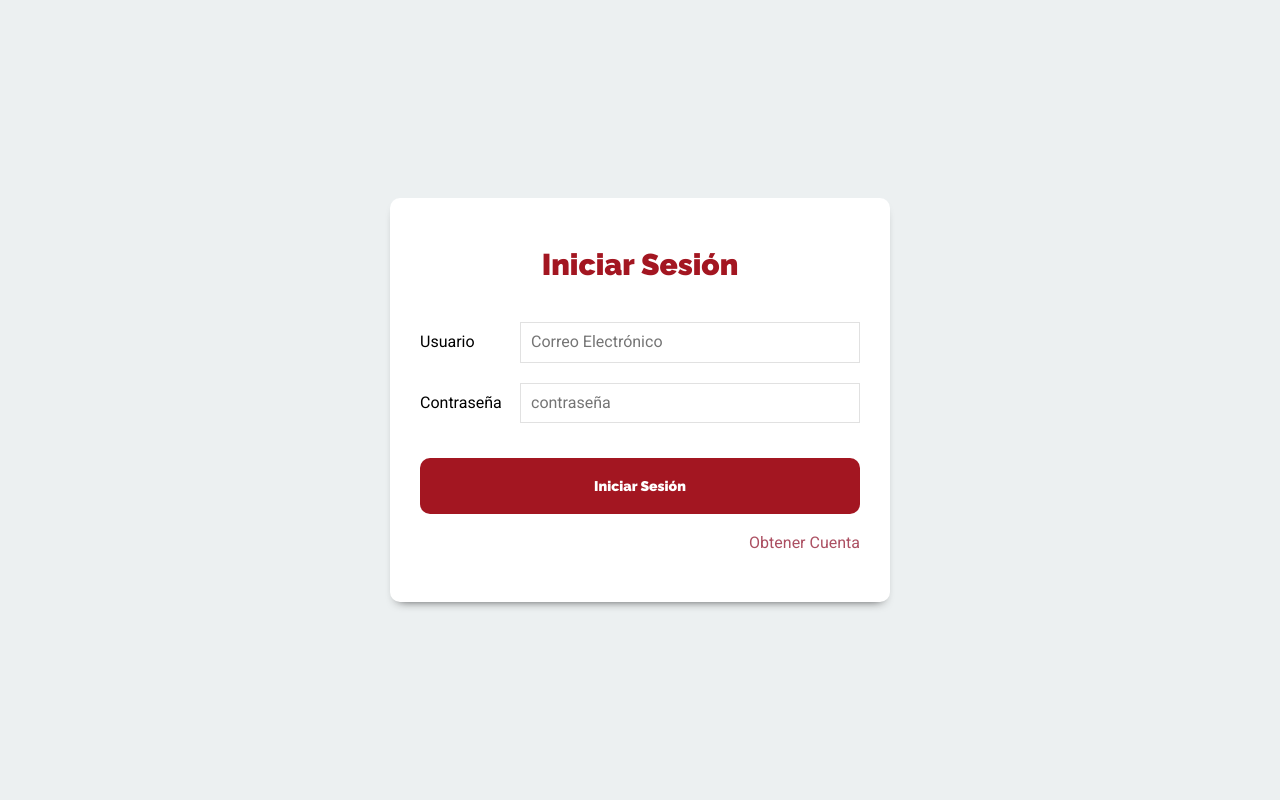
Repository: andrescovarrubias/admin-proyectos
Page: / (app in cliente/)
An editor plug-in stored every save of this project. The page is shown before and after the next save, followed by the edit.
The browser window is 1280 px wide. The pictures show the whole page.
The project was rebuilt for these pictures with package versions that can differ from the ones it lists, and the page was loaded fresh each time. Also part of the build but not shown: cliente/src/components/auth/NuevaCuenta.jsx, cliente/src/components/layout/SideBar.jsx, cliente/src/components/proyectos/Proyectos.jsx.

Above is the page before, as saved 2020-10-31 17:06:18.

### cliente/src/index.css
:root {
  --blanco: #ffffff;
  --blanco2: #fcf7ff;
  --blanco3: #ecf0f1;
  --azul1: #258ea6;
  --morado1: #4d376d;
  --morado2: #861657;
  --azul2: #1b065e;
  --azul3: #2e4052;
  --rojo: #a31621;
  --rojo2: #890620;
  --headingFont: "Raleway", sans-serif;
  --textFont: "Roboto", sans-serif;
}
*,
*:before,
*:after {
  box-sizing: inherit;
}
html {
  box-sizing: border-box;
  height: 100%;
  font-size: 62.5%;
}
body {
  min-height: 100%;
  background-color: #ecf0f1;
  font-size: 16px;
  font-size: 1.6rem;
  font-family: var(--textFont);
}

h1,
h2 {
  font-family: var(--headingFont);
  font-weight: 900;
  margin: 0 0 4rem 0;
  text-align: center;
  color: var(--rojo);
}
h1 span {
  font-weight: 400;
}
h1 {
  font-size: 3rem;
}
h2 {
  font-size: 2.4rem;
}
ul {
  list-style: none;
  padding: 0;
  margin: 0;
}
a {
  text-decoration: none;
  color: var(--gris2);
}

/** BOTONES **/
.btn {
  margin-top: 2vh;
  font-family: var(--headingFont);
  padding: 20px;
  font-size: 14px;
  font-weight: bold;
  border-radius: 10px;
  border: none;
  transition: background-color 0.3s ease;
}
.btn:hover {
  cursor: pointer;
}
.btn-primario {
  background-color: var(--rojo);
  color: var(--blanco);
}
.btn-primario:hover {
  background: rgb(185, 26, 47);
}
.btn-secundario {
  background-color: var(--rojo2);
}
.btn-block {
  display: block;
  width: 100%;
}
.btn-submit:hover {
  background-color: rgb(185, 26, 47);
}
.btn-blank {
  margin: 0;
  padding: 0;
  display: block;
  background-color: transparent;
}

@media (min-width: 768px) {
  .contenedor-app {
    display: flex;
    min-height: 100vh;
  }

  aside {
    background-color: var(--blanco);
    flex: 0 0 300px;
  }
  .seccion-principal {
    flex: 1;
  }
}

/* BARRA LATERAL */
aside {
  padding: 3rem;
}

.formulario-nuevo-proyecto {
  margin-top: 6rem;
}
.formulario-nuevo-proyecto .input-text {
  border-bottom: 1px solid var(--gris2);
  border-radius: 0;
  background-color: var(--gris1);
}
.formulario-nuevo-proyecto .input-text::placeholder {
  color: var(--gris2);
}
.proyectos {
  margin-top: 10rem;
}
.listado-proyectos li {
  margin-bottom: 2rem;
}
.listado-proyectos li a {
  font-size: 1.4rem;
  color: var(--gris2);
  line-height: 1.5;
  font-weight: 300;
}
.app-header {
  display: flex;
  justify-content: space-between;
  background-color: var(--gris2);
  padding: 4rem;
}
.nombre-usuario {
  color: var(--blanco);
  font-size: 2.2rem;
  margin: 0;
}
.nombre-usuario span {
  font-weight: 900;
}
.nav-principal a {
  color: var(--blanco);
  text-decoration: none;
}
.nav-principal a:first-of-type {
  margin-right: 2rem;
}

/** Formulario crear y editar tareas **/
.formulario {
  background-color: var(--gris3);
  padding: 4rem;
}
.formulario form {
  max-width: 600px;
  margin: 0 auto;
}
.contenedor-input {
  display: flex;
}
.contenedor-input label {
  margin-bottom: 1rem;
  color: var(--blanco);
}
.input-text {
  padding: 1rem;
  border: none;
  border-radius: 0.5rem;
  flex: 1;
  width: 100%;
}

/** TAREAS LISTADO **/
.contenedor-tareas {
  padding: 4rem;
}

.listado-tareas {
  max-width: 600px;
  margin: 0 auto;
}

.tarea {
  display: flex;
  justify-content: space-between;
  background-color: var(--blanco);
  padding: 0.5rem 2rem;
  align-items: center;
  margin-bottom: 1rem;
  border-radius: 0.5rem;
}
.sombra {
  -webkit-box-shadow: 0px 4px 10px -3px rgba(117, 117, 117, 1);
  -moz-box-shadow: 0px 4px 10px -3px rgba(117, 117, 117, 1);
  box-shadow: 0px 4px 10px -3px rgba(117, 117, 117, 1);
}
.sombra-dark {
  -webkit-box-shadow: 0px 6px 11px -8px rgba(0, 0, 0, 0.9);
  -moz-box-shadow: 0px 6px 11px -8px rgba(0, 0, 0, 0.9);
  box-shadow: 0px 6px 11px -8px rgba(0, 0, 0, 0.9);
}
.tarea .acciones .btn:first-of-type {
  margin-right: 1rem;
}
.tarea p {
  font-size: 1.6rem;
  flex: 1;
  padding-right: 2rem;
}
.tarea .btn {
  padding: 0.8rem;
  font-size: 1.4rem;
  border-radius: 0;
  margin: 0;
}

.estado {
  margin-right: 1rem;
}
.estado button,
.mensaje {
  font-weight: 900;
  font-family: var(--textFont);
  font-size: 1rem;
  padding: 0.5rem;
  border-radius: 0.5rem;
  cursor: pointer;
  border: none;
}
.mensaje {
  text-align: center;
  font-size: 1.6rem;
  border-radius: 0;
}
.mensaje:hover {
  cursor: default;
}
.completo,
.correcto {
  background-color: rgba(154, 252, 154, 0.3);
  color: var(--gris3);
}
.incompleto {
  background-color: rgba(255, 178, 178, 0.4);
  color: var(--gris3);
}
.error {
  max-width: 600px;
  margin: 2rem auto 0 auto;
  background-color: rgb(170, 0, 0);
  color: var(--blanco);
}

.tarea-enter,
.proyecto-enter {
  opacity: 0;
}
.tarea-enter-active,
.proyecto-enter-active {
  opacity: 1;
  transition: opacity 200ms;
}
.tarea-exit,
.proyecto-exit {
  opacity: 1;
}
.tarea-exit-active,
.proyecto-exit-active {
  opacity: 0;
  transition: opacity 200ms;
}

.form-usuario {
  height: 100vh;
  min-height: 800px;
  display: flex;
  align-items: center;
  justify-content: center;
}

.contenedor-form {
  padding: 5rem 3rem;
  max-width: 500px;
  width: 95%;
  background-color: var(--blanco);
  border-radius: 1rem;
}
.contenedor-form h1 {
  color: #a31621;
}

.campo-form {
  display: flex;
  margin-bottom: 2rem;
  align-items: center;
}
.campo-form:last-of-type {
  margin: 0;
}
.campo-form label {
  flex: 0 0 100px;
  font-family: var(--textFont);
}
.campo-form input[type="password"],
.campo-form input[type="email"],
.campo-form input[type="text"] {
  border: 1px solid #e1e1e1;
  padding: 1rem;
  flex: 1;
}

.enlace-cuenta {
  margin-top: 2rem;
  display: block;
  opacity: 0.7;
  float: right;
  color: var(--rojo2);
}
.enlace-cuenta:hover {
  text-decoration: underline var(--rojo);
}

.alerta {
  position: fixed;
  top: 0;
  left: 0;
  padding: 1rem 3rem;
  border-radius: 1rem;
  font-family: var(--headingFont);
  font-weight: 600;
  text-transform: uppercase;
  font-size: 2.2rem;
  text-align: center;
  width: 100%;
}
@media (min-width: 768px) {
  .alerta {
    width: auto;
    top: 30px;
    right: 10px;
    left: auto;
  }
}

.alerta-ok {
  background-color: rgb(109, 211, 109);
  color: rgb(2, 103, 2);
}
.alerta-error {
  background-color: rgb(230, 78, 78);
  color: var(--blanco);
}

### cliente/src/App.js
import React, {Fragment, useState, useEffect, useContext} from 'react';
import Login from './components/auth/Login';
import NuevaCuenta from './components/auth/NuevaCuenta';
import Proyectos from './components/proyectos/Proyectos';

import {BrowserRouter as Router, Switch, Route} from 'react-router-dom';


function App() {
  return (
    <Router>
      <Switch>
        <Route exact path='/' component = {Login} />
        <Route exact path='/nueva-cuenta' component = {NuevaCuenta} />
        <Route exact path='/proyectos' component = {Proyectos} />
      </Switch>
    </Router>
  );
}

export default App;

### cliente/src/components/auth/Login.jsx
import React, { useState } from 'react';
import {Link} from 'react-router-dom';


const Login = () => {

     // state para iniciar sesion
     const [usuario, guardarUsuario] = useState ({
          email:'',
          password:''
     });

     // extraer el usuario
     const {email, password} = usuario;

     const onChange = e => {
          guardarUsuario({
               ...usuario,
               [e.target.name] : e.target.value
          })
     }


     // cuando el usuario quiere iniciar sesion
     const onSubmit = e => {
          e.preventDefault();

          // validar que no haya campos vacios

          // contraseña minimo de 6 caracteres

          // contraseña iguales

          // pasarlo al action

     }

     return (
          <div className="form-usuario">
               <div className="contenedor-form sombra-dark">
                    <h1>Iniciar Sesión</h1>
                    <form
                         onSubmit = {onSubmit}
                    >
                         <div className="campo-form">
                              <label htmlFor="email">Usuario</label>
                              <input
                                   type="email"
                                   id="email"
                                   name="email"
                                   placeholder="Correo Electrónico"
                                   autocomplete="off"
                                   required
                                   value={email}
                                   onChange={onChange}
                              />
                         </div>
                         <div className="campo-form">
                              <label htmlFor="password">Contraseña</label>
                              <input
                                   type="password"
                                   id="password"
                                   name="password"
                                   placeholder="contraseña"
                                   autocomplete="off"
                                   value={password}
                                   required
                                   onChange={onChange}
                              />
                         </div>

                         <div className="campo-form">
                              <input type="submit" className=" btn btn-primario btn-block" value="Iniciar Sesión"/>
                         </div>
                    </form>
                    <Link to={'/nueva-cuenta'} className="enlace-cuenta">
                         Obtener Cuenta
                    </Link>
               </div>
          </div>
      );
}

export default Login;

Loaded but not shown: cliente/public/index.html (common file); cliente/src/index.js (common file); cliente/src/reportWebVitals.js (common file)

After the next save:
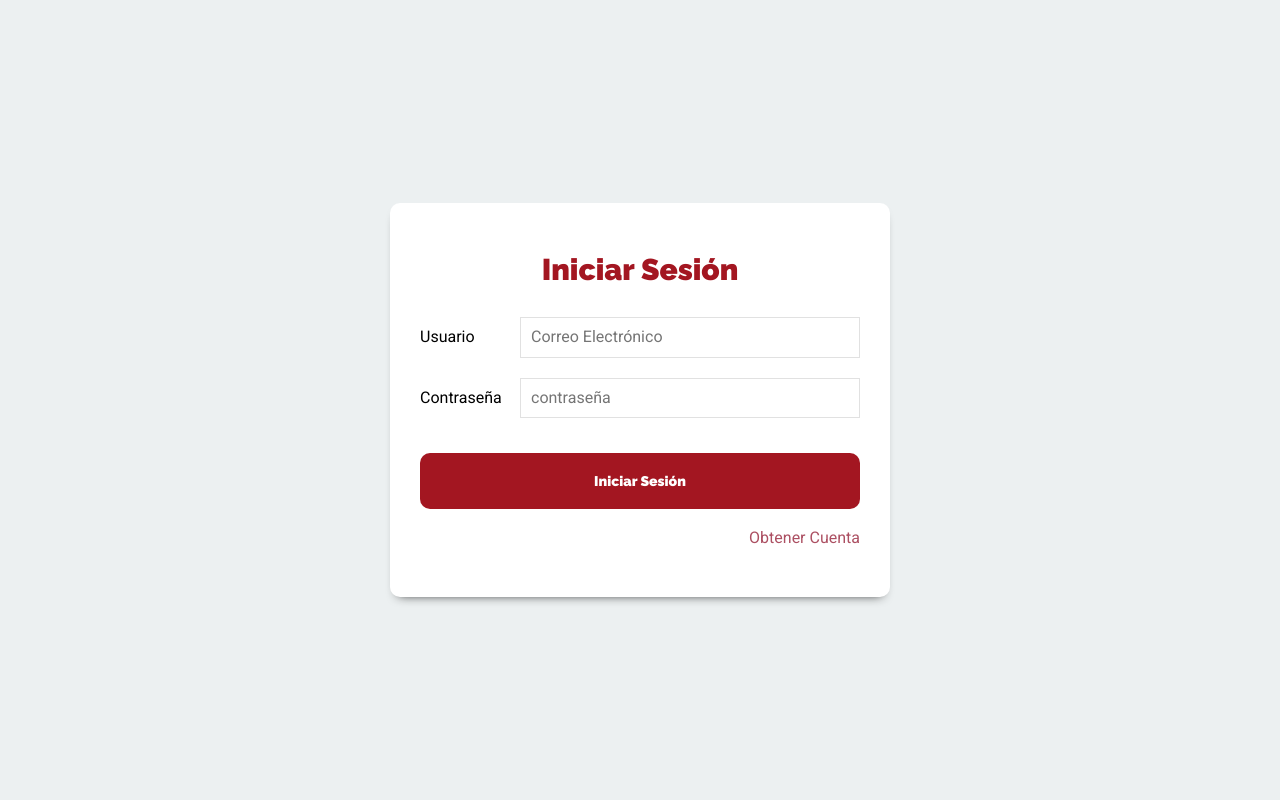
Saved 60 s later.
--- a/cliente/src/index.css
+++ b/cliente/src/index.css
@@ -34,7 +34,7 @@ h1,
 h2 {
   font-family: var(--headingFont);
   font-weight: 900;
-  margin: 0 0 4rem 0;
+  margin: 0 0 3rem 0;
   text-align: center;
   color: var(--rojo);
 }
